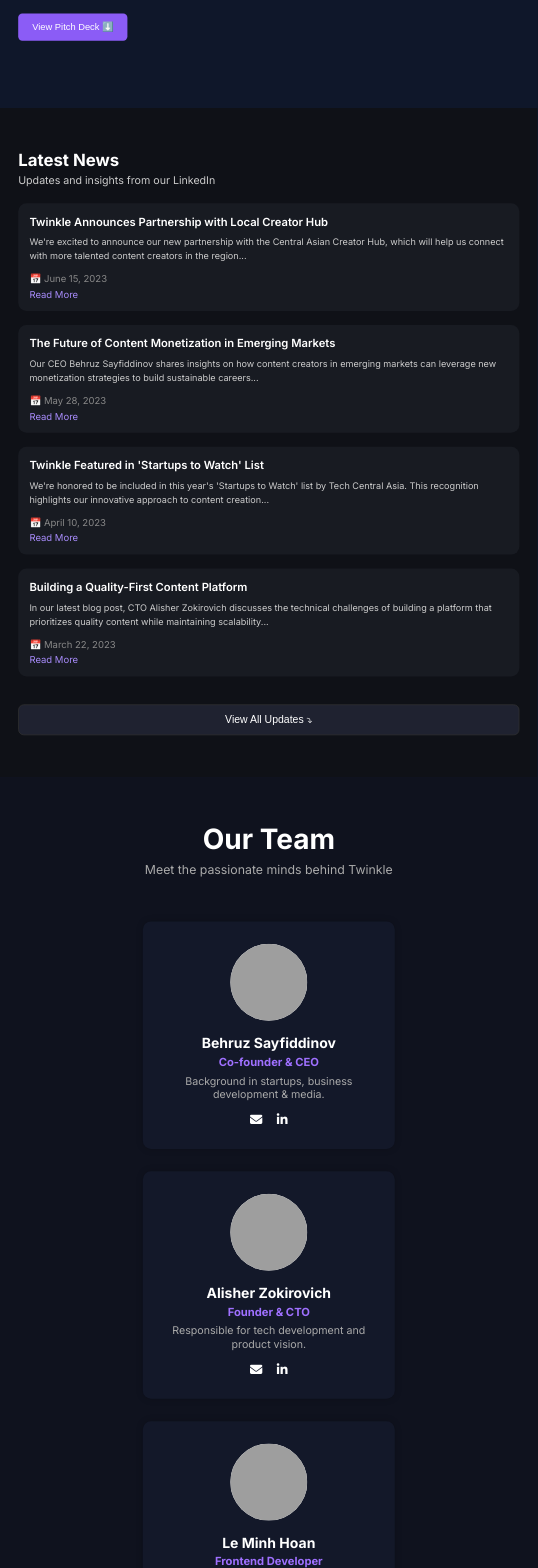
Repository: techboy-33/Twinkle-web
Page: index.html
These files come from the project's save history. The page is drawn as it stood at one moment and after the next save; the edit follows.
The browser window is 768 px wide. The pictures show the part of the page from y = 1616 to 3856 px (the page is 6530 px tall before and 6546 px after), at 70% of full size.
Pictures or frames that could not be fetched are drawn as grey boxes.

Above is the page before, as saved 2025-05-15 10:58:48.

After the next save:
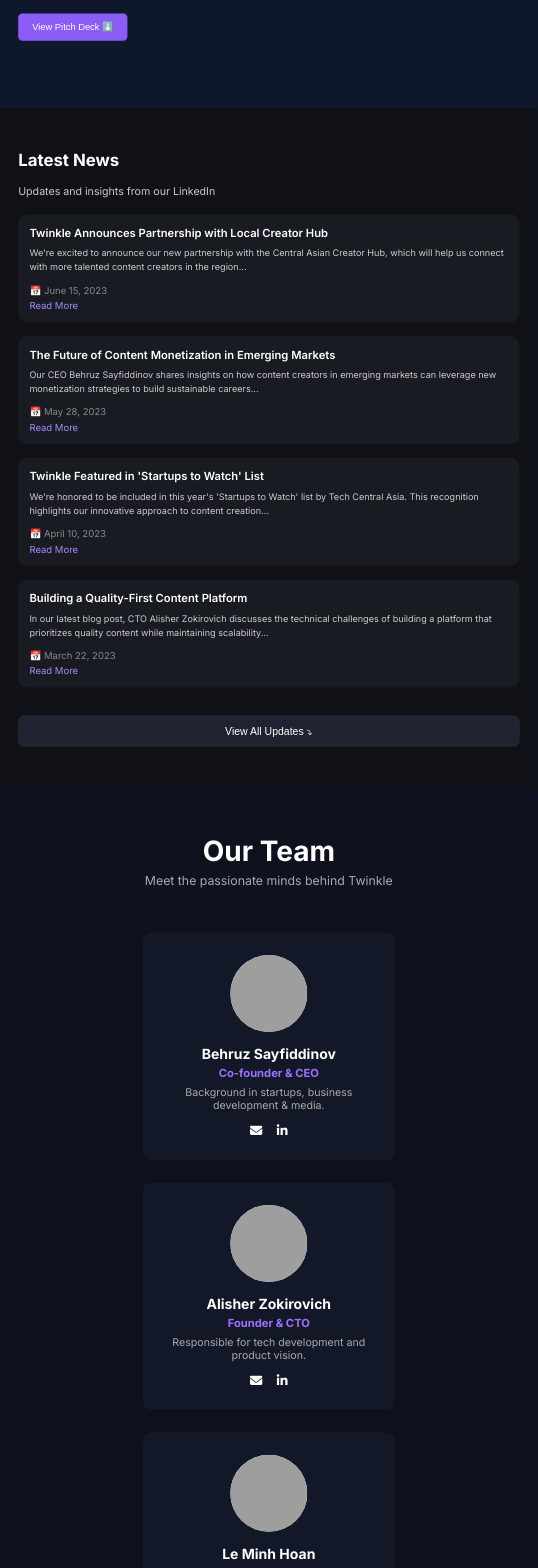
Saved 14 s later.
--- a/responsive.css
+++ b/responsive.css
@@ -138,7 +138,6 @@
 
     .news-title {
         font-size: 1.5rem;
-        margin-bottom: 4px;
     }
 
     .news-subtitle {
